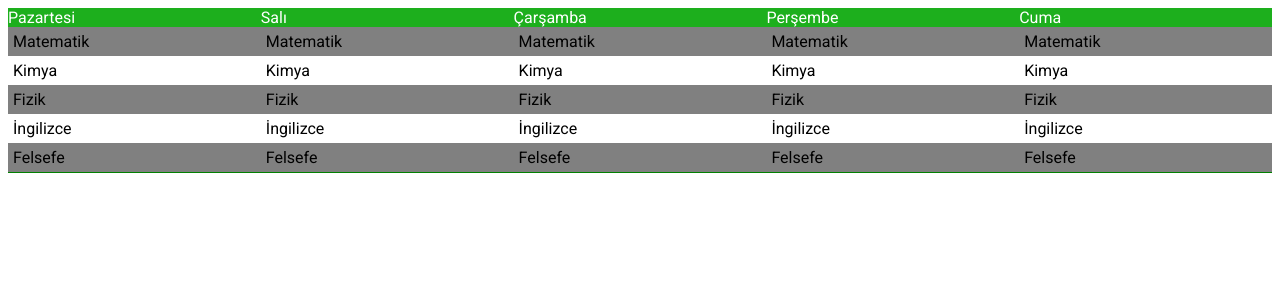
Repository: ahmetbugraozcan/css-ders-programi
Page: deneme.html
An editor plug-in stored every save of this project. The page is shown before and after the next save, followed by the edit.
The browser window is 1280 px wide. The pictures show the whole page.

Above is the page before, as saved 2021-07-10 09:41:04.

### deneme.html
<!DOCTYPE html>
<html lang="en">

<head>
    <link href='http://fonts.googleapis.com/css?family=Roboto' rel='stylesheet' type='text/css'>

    <meta charset="UTF-8">
    <meta http-equiv="X-UA-Compatible" content="IE=edge">
    <meta name="viewport" content="width=device-width, initial-scale=1.0">
    <title>Document</title>
</head>
<style>

body {
          font-family: 'Roboto', sans-serif;

        }

    header {
        background-color: rgb(29, 175, 29);
        color: white;
    }

    header,
    .row {
        display: flex;
        /* aligns all child elements (flex items) in a row */
    }

    .col :nth-of-type(odd){
        background-color:grey ;
    }
    .col :last-child {
        border-bottom: 1px solid green;
    }
    .col > div{
        padding: 5px;

    }

    .col {
        flex: 1;
        /* distributes space on the line equally among items */
    }
</style>

<body>

    <header>
        <div class="col">Pazartesi</div>
        <div class="col">Salı</div>
        <div class="col">Çarşamba</div>
        <div class="col">Perşembe</div>
        <div class="col">Cuma</div>
    </header>
    <div class="row">
        <div class="col">
            <div>Matematik</div>
            <div>Kimya</div>
            <div>Fizik</div>
            <div>İngilizce</div>
            <div>Felsefe</div>
        </div>
        <div class="col"><div>Matematik</div><div>Kimya</div>
            <div>Fizik</div>
            <div>İngilizce</div>
            <div>Felsefe</div>
        </div>
        <div class="col"><div>Matematik</div>
            <div>Kimya</div>
            <div>Fizik</div>
            <div>İngilizce</div>
            <div>Felsefe</div>
        </div>
        <div class="col"><div>Matematik</div><div>Kimya</div>
            <div>Fizik</div>
            <div>İngilizce</div>
            <div>Felsefe</div>
        </div>
        <div class="col"><div>Matematik</div>
            <div>Kimya</div>
            <div>Fizik</div>
            <div>İngilizce</div>
            <div>Felsefe</div>
        </div>
    </div>
</body>

</html>

After the next save:
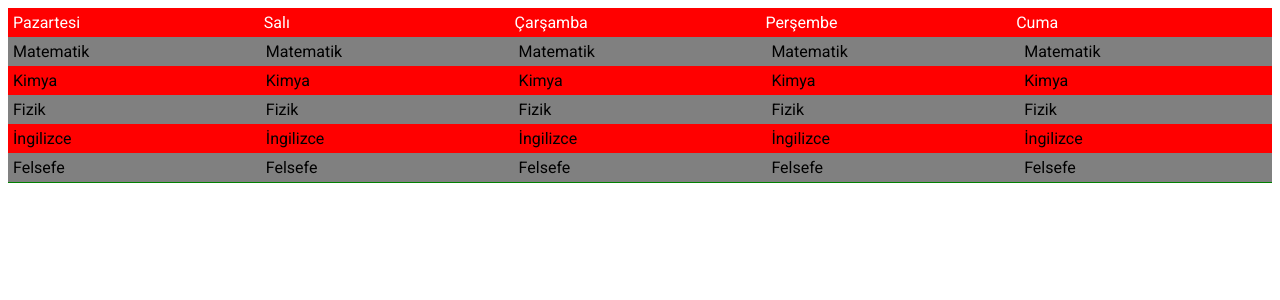
Saved 77 s later.
--- a/deneme.html
+++ b/deneme.html
@@ -33,8 +33,11 @@ body {
     .col :last-child {
         border-bottom: 1px solid green;
     }
-    .col > div{
+    .col > div , header{
         padding: 5px;
+        justify-content: center;
+    background: red;
+    padding: 5px;
 
     }
 
